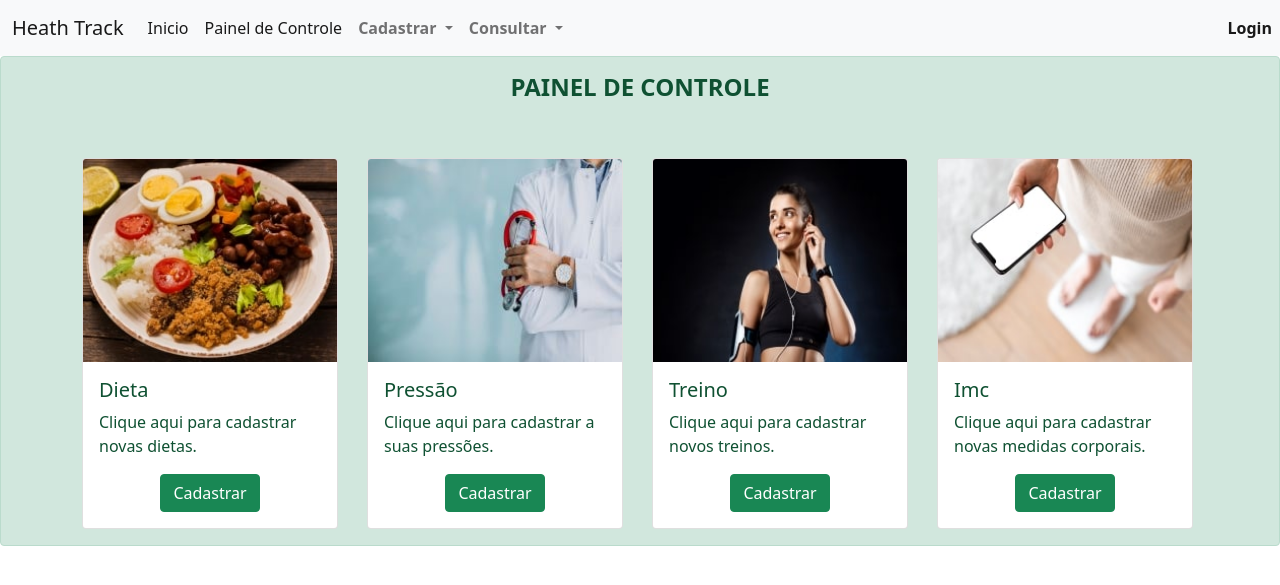
Repository: FellipySantos/HealthTrack_Finalizado
Page: http://localhost/JSPs/painel.jsp
The author's editor kept a copy of each file at every save. The page is drawn from the files as they stood at one save, then again after the next save.
The browser window is 1280 px wide. The pictures show the whole page.
The page is served by Tomcat 9.

Above is the page before, as saved 2021-11-16 04:01:59.

After the next save:
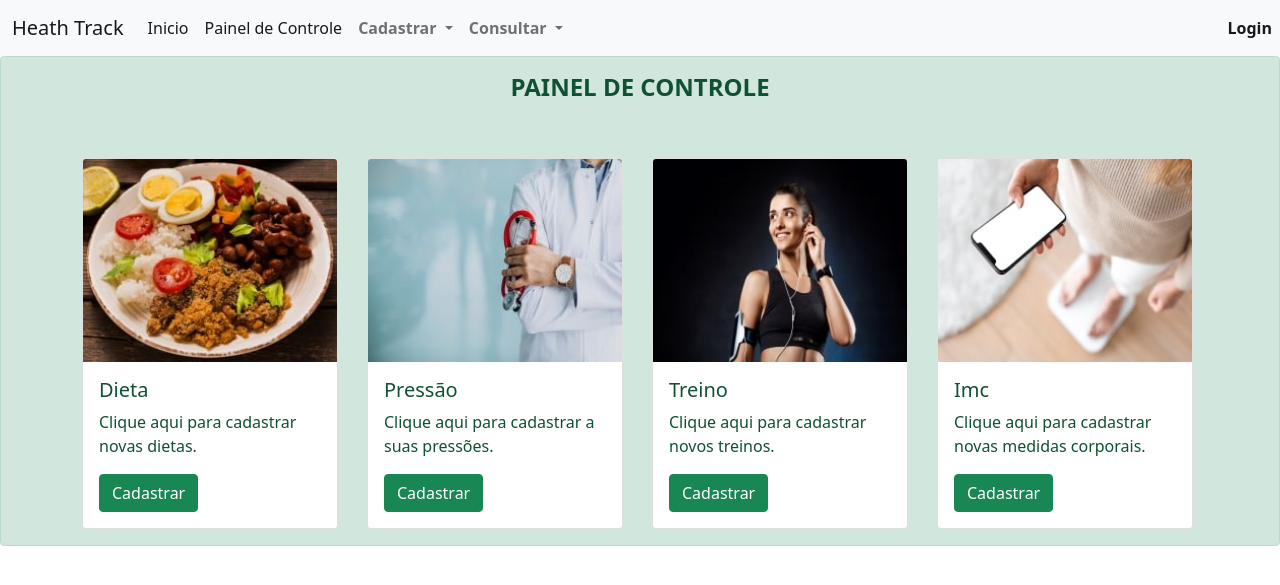
Saved 20 s later.
--- a/JSP/JSPs/WebContent/painel.jsp
+++ b/JSP/JSPs/WebContent/painel.jsp
@@ -20,7 +20,7 @@
               <div class="card-body">
                 <h5 class="card-title">Dieta</h5>
                 <p class="card-text">Clique aqui para cadastrar novas dietas.</p>
-                <center><a href="cadastro-dieta.jsp" class="btn btn-success">Cadastrar</a></center>
+                <a href="cadastro-dieta.jsp" class="btn btn-success">Cadastrar</a>
               </div>
             </div>
 
@@ -33,7 +33,7 @@
               <div class="card-body">
                 <h5 class="card-title">Pressão</h5>
                 <p class="card-text">Clique aqui para cadastrar a suas pressões.</p>
-                <center><a href="cadastro-pressao.jsp" class="btn btn-success">Cadastrar</a></center>
+                <a href="cadastro-pressao.jsp" class="btn btn-success">Cadastrar</a>
               </div>
             </div>
 
@@ -46,7 +46,7 @@
               <div class="card-body">
                 <h5 class="card-title">Treino</h5>
                 <p class="card-text">Clique aqui para cadastrar novos treinos.</p>
-                <center><a href="cadastro-treino.jsp" class="btn btn-success">Cadastrar</a></center>
+                <a href="cadastro-treino.jsp" class="btn btn-success">Cadastrar</a>
               </div>
             </div>
 
@@ -59,7 +59,7 @@
               <div class="card-body">
                 <h5 class="card-title">Imc</h5>
                 <p class="card-text">Clique aqui para cadastrar novas medidas corporais.</p>
-                <center><a href="cadastro-imc.jsp" class="btn btn-success">Cadastrar</a></center>
+                <a href="cadastro-imc.jsp" class="btn btn-success">Cadastrar</a>
               </div>
             </div>
 
